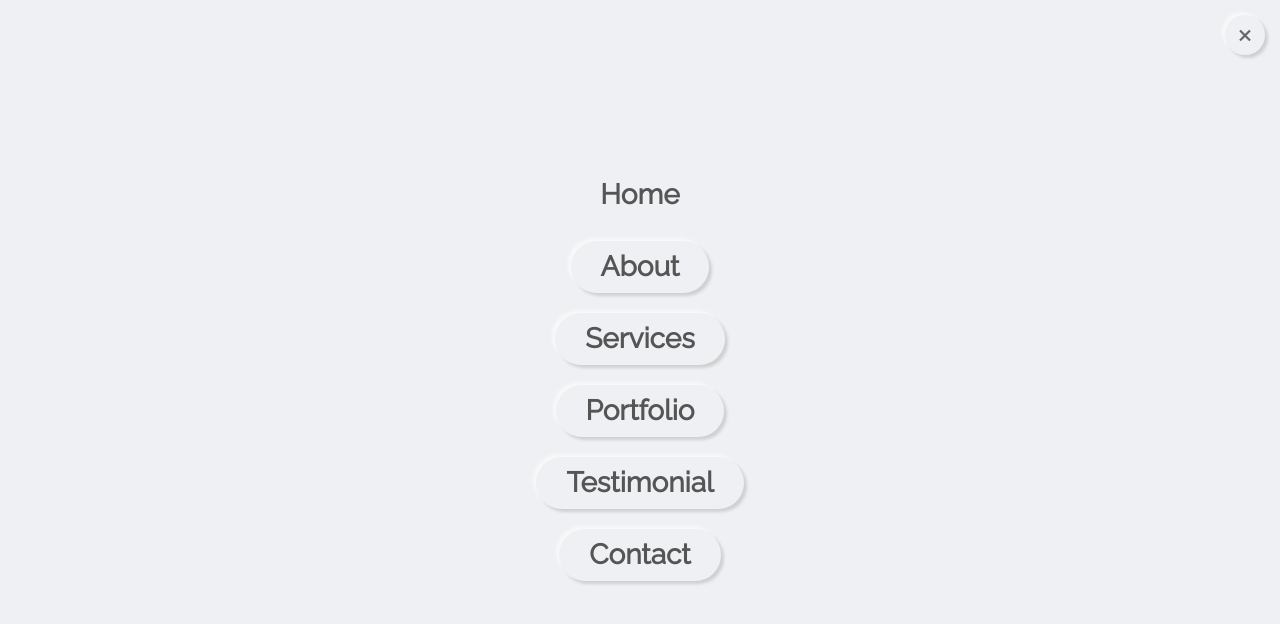
Repository: Mohamed-Hema/Personal-Portfolio---webshala
Page: index.html
The author's editor kept a copy of each file at every save. The page is drawn from the files as they stood at one save, then again after the next save.
The browser window is 1280 px wide. The pictures show the whole page.

Above is the page before, as saved 2021-05-06 07:15:19.

After the next save:
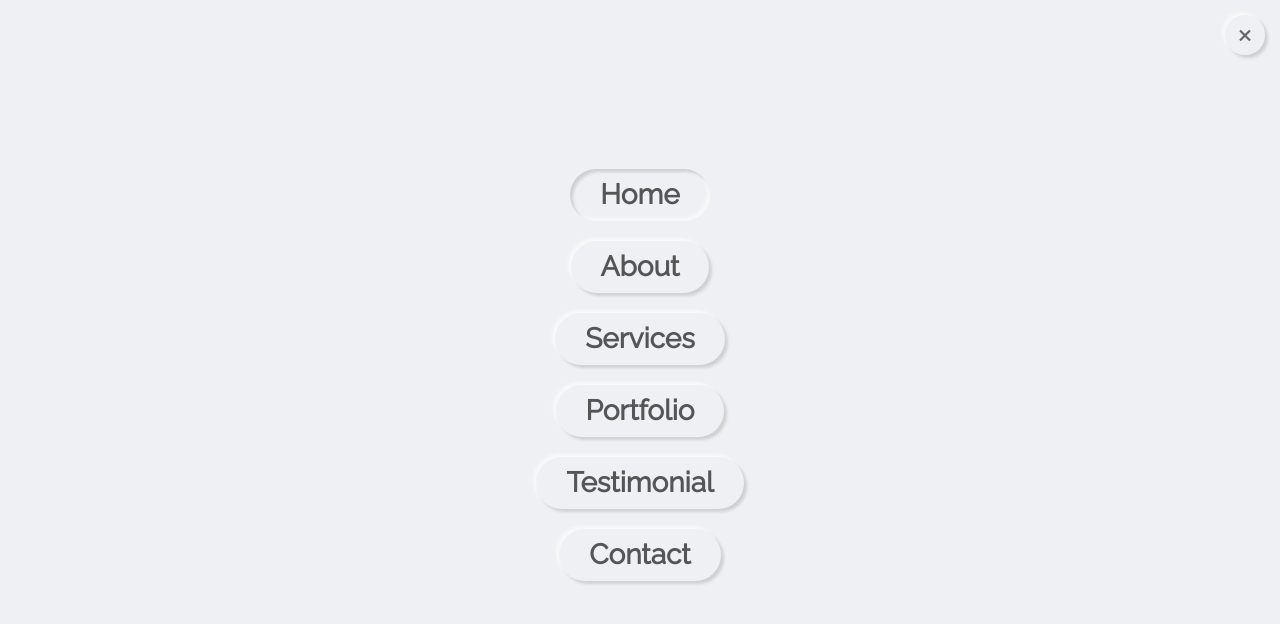
Saved 35 s later.
--- a/css/style.css
+++ b/css/style.css
@@ -62,6 +62,9 @@ img{
 .outer-shadow{
     box-shadow: var(--outer-shadow);
 }
+.inner-shadow{
+    box-shadow: var(--inner-shadow);
+}
 .hover-in-shadow{
     position: relative;
     z-index: 1;
